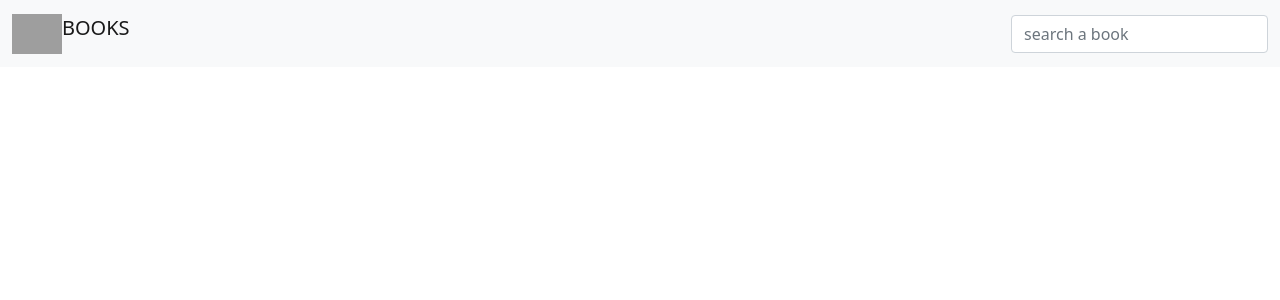
Repository: dilaraozdem1r/BooksApp
Page: /
These files come from the project's save history. The page is drawn as it stood at one moment and after the next save; the edit follows.
The browser window is 1280 px wide. The pictures show the whole page.
Pictures or frames that could not be fetched are drawn as grey boxes. The page's requests for data from a server got no answer. The project was rebuilt for these pictures with package versions that can differ from the ones it lists, and the page was loaded fresh each time. No one was signed in, and anything a server would have sent is missing. Also part of the build but not shown: src/Components/User.js.

Above is the page before, as saved 2021-08-19 18:16:45.

After the next save:
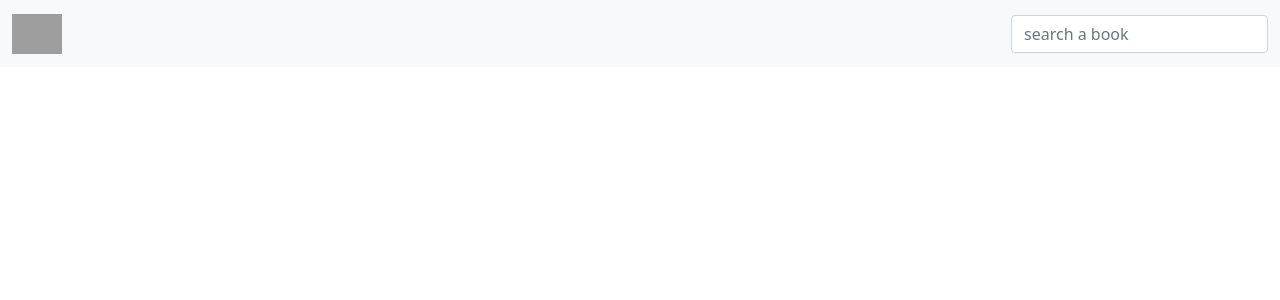
Saved 56 s later.
--- a/src/Components/App.js
+++ b/src/Components/App.js
@@ -44,7 +44,7 @@ class App extends React.Component {
             <div className="container-fluid">
             <a class="navbar-brand">
           <img src="http://upload.turkcewiki.org/wikipedia/en/thumb/1/1c/Penguin_logo.svg/1200px-Penguin_logo.svg.png" alt="" width="50" height="40" class="d-inline-block align-text-top"/>
-            BOOKS
+
     </a>
 
             <SearchBar search={this.searchMovie} />
